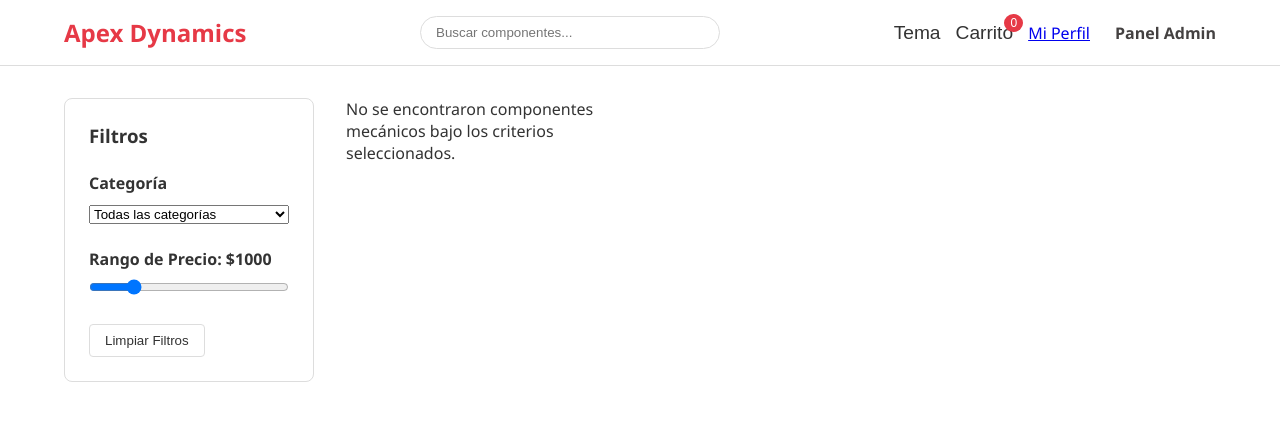
Repository: Niwrad774/Apex-Dynamics-Ecomerce
Page: html/cliente.html
An editor plug-in stored every save of this project. The page is shown before and after a run of saves, followed by the edit.
The browser window is 1280 px wide. The pictures show the whole page.
The page's requests for data from a server got no answer.

Above is the page before, as saved 2026-06-11 10:21:20.

After the next 2 saves:
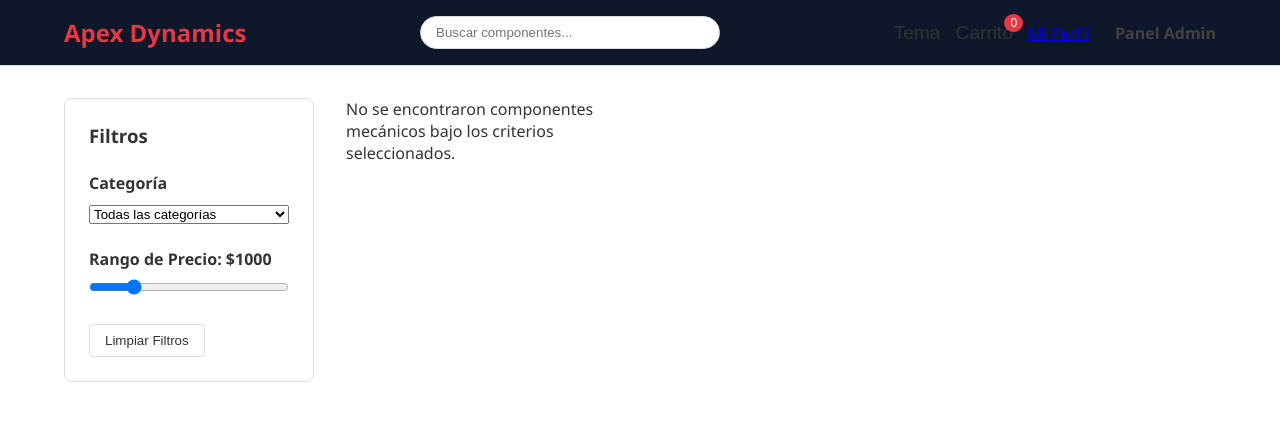
The 2 saves are shown as one change because they came seconds apart.
The last was saved 76 s later.
--- a/assets/css/cliente.css
+++ b/assets/css/cliente.css
@@ -57,7 +57,7 @@ body {
     justify-content: space-between;
     align-items: center;
     padding: 1rem 5%;
-    background-color: var(--secondary);
+    background-color: #0f172a;
     border-bottom: 1px solid var(--border-color);
     position: sticky;
     top: 0;
